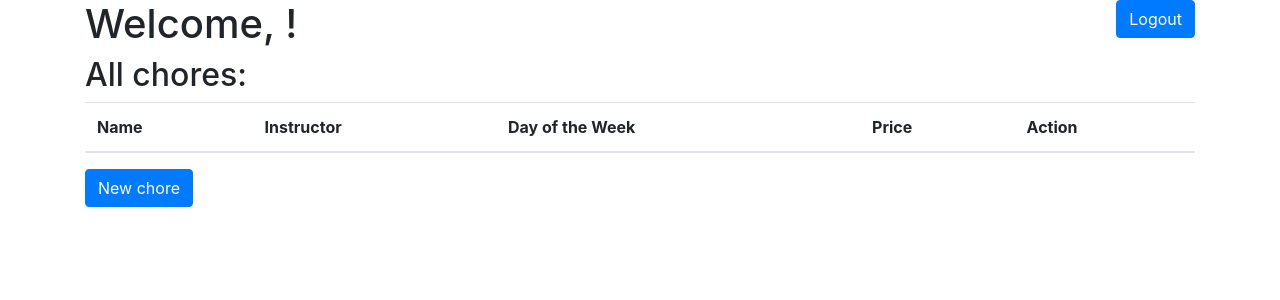
Repository: Ayoub-Chebbi/ChoreTracker
Page: http://localhost/Solo-Project/WEB-INF/dashboard.jsp
These files come from the project's save history. The page is drawn as it stood at one moment and after the next save; the edit follows.
The browser window is 1280 px wide. The pictures show the whole page.
The page is served by Tomcat 10. Nobody is signed in. The template is opened directly, without the code that normally fills it, so the values that code supplies are empty.

Above is the page before, as saved 2024-05-09 16:48:24.

After the next save:
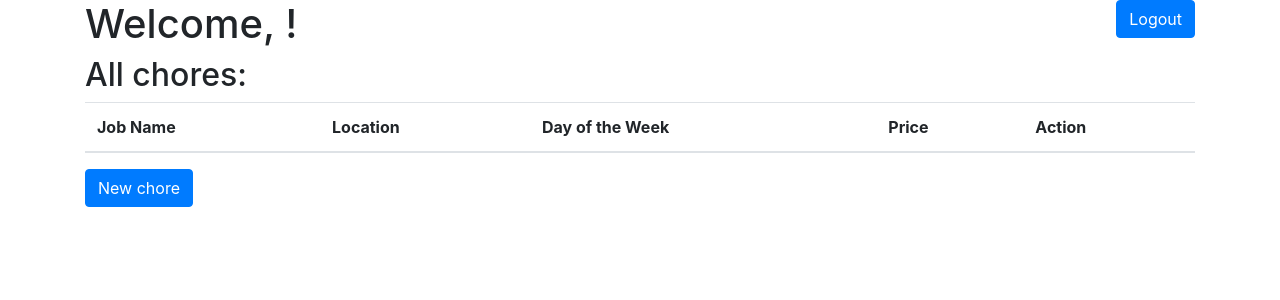
Saved 17 s later.
--- a/Solo Project/Solo-Project/src/main/webapp/WEB-INF/dashboard.jsp
+++ b/Solo Project/Solo-Project/src/main/webapp/WEB-INF/dashboard.jsp
@@ -24,8 +24,8 @@
     <table class="table table-striped">
         <thead>
         <tr>
-            <th>Name</th>
-            <th>Instructor</th>
+            <th>Job Name</th>
+            <th>Location</th>
             <th>Day of the Week</th>
             <th>Price</th>
             <th>Action</th>
